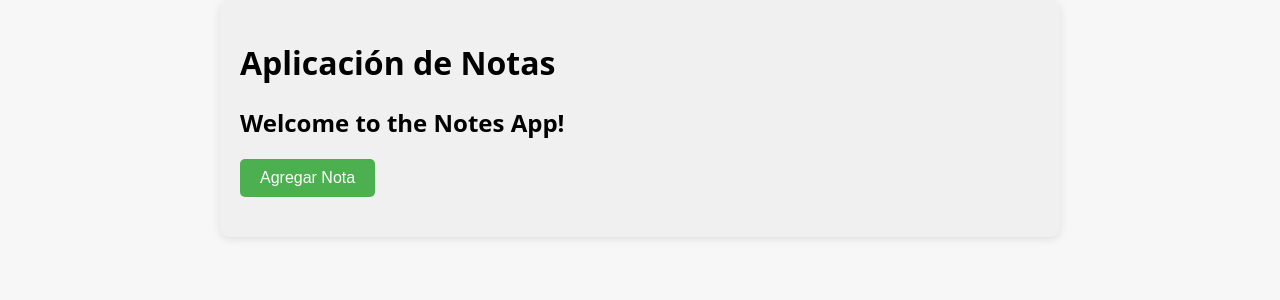
Repository: xunxuno/aplicacion_web_notas
Page: / (app in notas_web_app/)
An editor plug-in stored every save of this project. The page is shown before and after the next save, followed by the edit.
The browser window is 1280 px wide. The pictures show the whole page.
The project was rebuilt for these pictures with package versions that can differ from the ones it lists, and the page was loaded fresh each time. Also part of the build but not shown: notas_web_app/vite.config.ts, notas_web_app/src/components/Note.tsx, notas_web_app/src/components/NoteCollection.tsx, notas_web_app/src/components/NoteModal.tsx.

Above is the page before, as saved 2024-10-02 15:42:36.

After the next save:
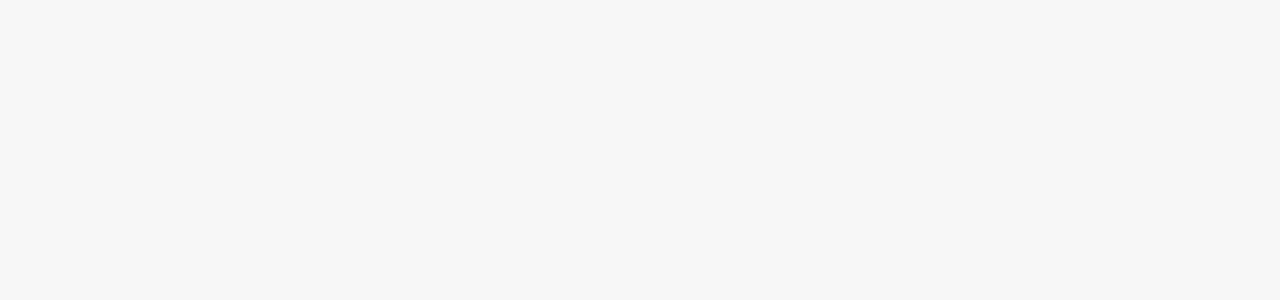
Console error (its wording comes from the project's code and is left out).
Saved 53 s later.
--- a/notas_web_app/src/main.tsx
+++ b/notas_web_app/src/main.tsx
@@ -6,8 +6,6 @@
 
 ReactDOM.createRoot(document.getElementById('root')!).render(
   <React.StrictMode>
-    <NotesProvider>
-      <App />
-    </NotesProvider>
+    <App />
   </React.StrictMode>,
 );

After the save that followed:
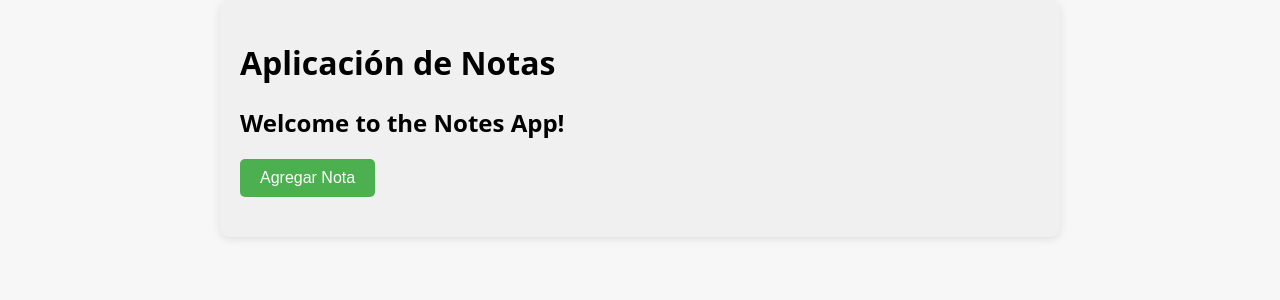
The error is gone.
Saved 31 s later.
--- a/notas_web_app/src/main.tsx
+++ b/notas_web_app/src/main.tsx
@@ -6,6 +6,8 @@
 
 ReactDOM.createRoot(document.getElementById('root')!).render(
   <React.StrictMode>
-    <App />
+    <NotesProvider>
+      <App />
+    </NotesProvider>
   </React.StrictMode>,
 );
